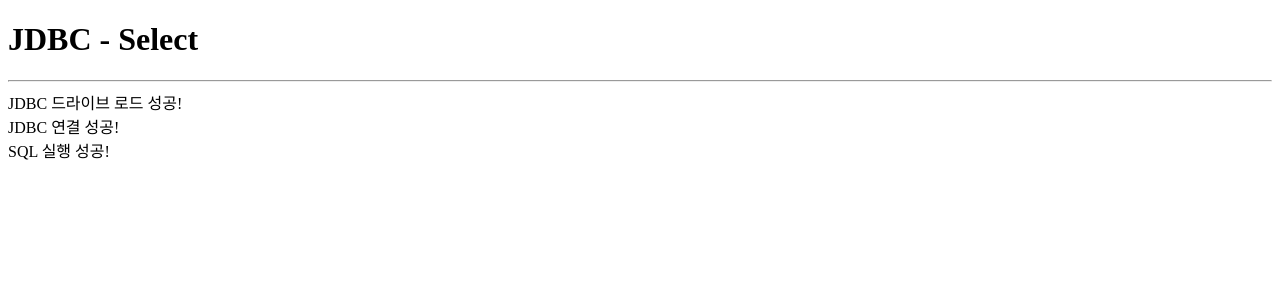
Repository: khy4701/JavaServerPage-Servlet
Page: http://localhost/05.JDBCProject/select.jsp
The author's editor kept a copy of each file at every save. The page is drawn from the files as they stood at one save, then again after the next save.
The browser window is 1280 px wide. The pictures show the whole page.
The page is served by Tomcat 9. Other server files are loaded and not shown. Queries for data that is not in the repository find no rows.

Above is the page before, as saved 2016-07-20 06:40:51.

### 05.JDBCProject/WebContent/select.jsp
<%@ page language="java" contentType="text/html; charset=UTF-8"
    import = "java.sql.*" pageEncoding="UTF-8"%>

<!DOCTYPE html>
<html>
<head>
<meta charset="UTF-8">
<title>Insert title here</title>
</head>
<body>

<h1> JDBC - Select</h1>
<hr>
<%
	//1. JDBC 드라이버 로드
	// Driver Manager를 사용할 수 있도록 하기 위함
	try{
		Class.forName("oracle.jdbc.driver.OracleDriver");
		out.print("JDBC 드라이브 로드 성공!<br>");
	}catch(ClassNotFoundException e)
    {
		 out.print("JDBC 드라이브 로드 실패!<br>");
    }

	Connection con = null;

	try{
		//2. DB 서버 연결
		con = DriverManager.getConnection("jdbc:oracle:thin:@localhost:1521:xe","hr","hr");
		out.print("JDBC 연결 성공!<br>");
	}catch(SQLException e)
	{
		out.print("JDBC 연결 실패!<br>");
	}

	//3. SQL문 실행
	PreparedStatement psmt = null;
	ResultSet rs = null;

	try{
		String sql = "select * from employees";
		psmt = con.prepareStatement(sql);
		rs = psmt.executeQuery();

		out.print("SQL 실행 성공!<br>");
	} catch (SQLException e) {
		out.print("SQL 실행 실패!<br>");
	}

	//4. 결과 처리



	//5. 자원 반납
	// 생성한것의 반대로 반납함.
	try {
		rs.close();
		psmt.close();
		con.close();
	} catch (SQLException e) {
		out.print("자원 반납 실패!<br>");
	}
%>


</body>
</html>

After the next save:
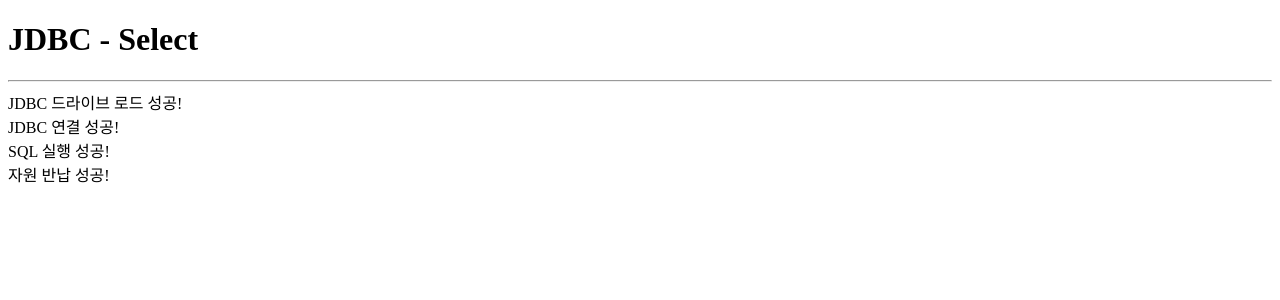
Saved 8 s later.
--- a/05.JDBCProject/WebContent/select.jsp
+++ b/05.JDBCProject/WebContent/select.jsp
@@ -57,6 +57,7 @@
 		rs.close();
 		psmt.close();
 		con.close();
+		out.print("자원 반납 성공!<br>");
 	} catch (SQLException e) {
 		out.print("자원 반납 실패!<br>");
 	}
